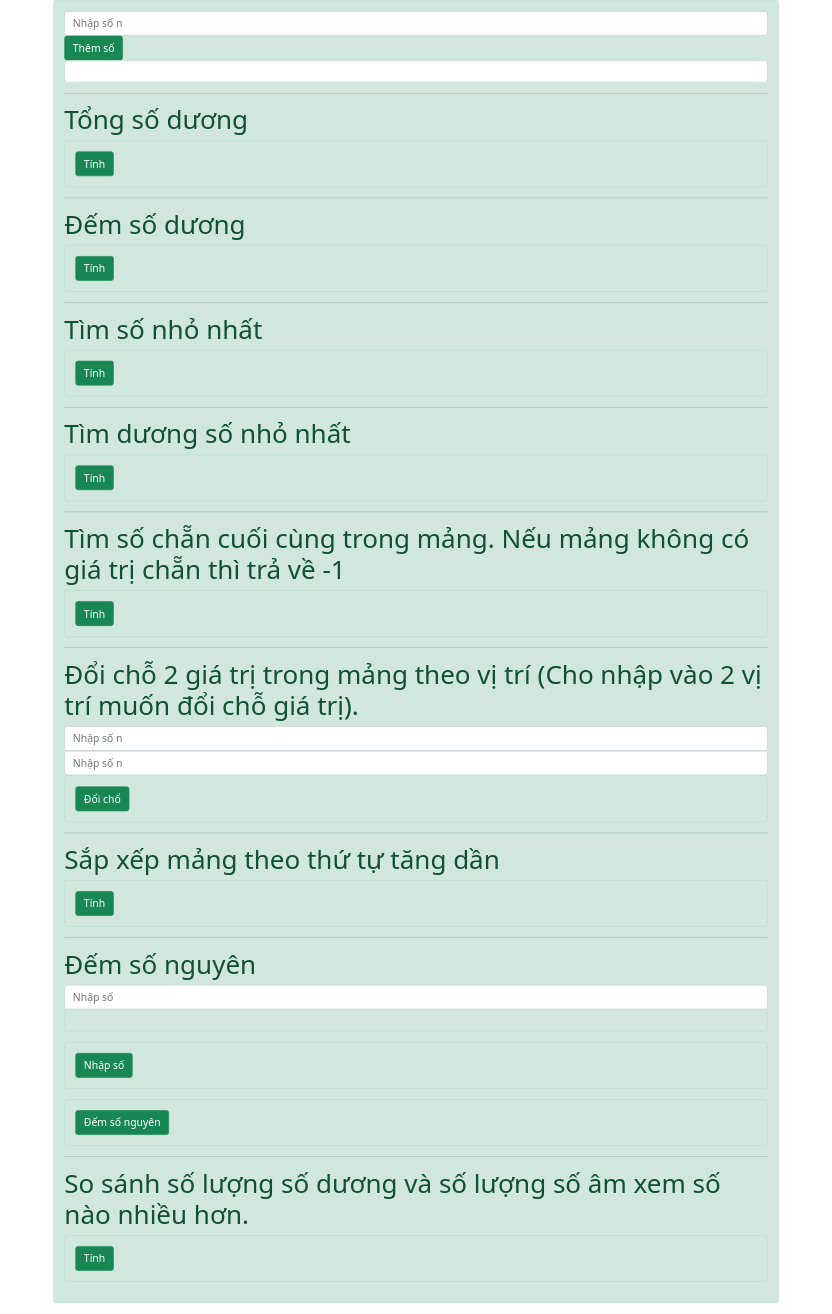
Repository: qkhanh1104k/Js-buoi7-8
Page: index.html
The author's editor kept a copy of each file at every save. The page is drawn from the files as they stood at one save, then again after the next save.
The browser window is 1280 px wide. The pictures show the whole page, at 65% of full size.

Above is the page before, as saved 2022-07-27 00:08:21.

### index.html
<!DOCTYPE html>
<html lang="en">
  <head>
    <meta charset="UTF-8" />
    <meta http-equiv="X-UA-Compatible" content="IE=edge" />
    <meta name="viewport" content="width=device-width, initial-scale=1.0" />
    <title>Document</title>
    <link
      href="https://cdn.jsdelivr.net/npm/bootstrap@5.1.3/dist/css/bootstrap.min.css"
      rel="stylesheet"
      integrity="sha384-1BmE4kWBq78iYhFldvKuhfTAU6auU8tT94WrHftjDbrCEXSU1oBoqyl2QvZ6jIW3"
      crossorigin="anonymous"
    />
  </head>
  <body>
    <div class="container">
      <div>
        <div class="alert alert-success">
          <input
            type="text"
            placeholder="Nhập số n"
            id="txtNum"
            class="form-control"
          />
          <button class="btn btn-success" onclick="addNum()">Thêm số</button>
          <div
            class="alert alert-success"
            id="resultBt1"
            style="background-color: #fff"
          ></div>
          <hr />
          <h1>Tổng số dương</h1>
          <div>
            <div class="alert alert-success" id="resBt2">
              <button class="btn btn-success" onclick="calcSumNegative()">
                Tính
              </button>
            </div>
          </div>
          <hr />
          <h1>Đếm số dương</h1>
          <div>
            <div class="alert alert-success" id="resBt3">
              <button class="btn btn-success" onclick="calcCountNegative()">
                Tính
              </button>
            </div>
          </div>
          <hr />
          <h1>Tìm số nhỏ nhất</h1>
          <div>
            <div class="alert alert-success" id="resBt4">
              <button class="btn btn-success" onclick="calcTheSmallest()">
                Tính
              </button>
            </div>
          </div>
          <hr />
          <h1>Tìm dương số nhỏ nhất</h1>
          <div>
            <div class="alert alert-success" id="resBt5">
              <button class="btn btn-success" onclick="calcTheSmallestNev()">
                Tính
              </button>
            </div>
          </div>
          <hr />
          <h1>
            Tìm số chẵn cuối cùng trong mảng. Nếu mảng không có giá trị chẵn thì
            trả về -1
          </h1>
          <div>
            <div class="alert alert-success" id="resBt6">
              <button class="btn btn-success" onclick="findLastEven()">
                Tính
              </button>
            </div>
          </div>
          <hr />
          <h1>
            Đổi chỗ 2 giá trị trong mảng theo vị trí (Cho nhập vào 2 vị trí muốn
            đổi chỗ giá trị).
          </h1>
          <div>
            <input
              type="text"
              placeholder="Nhập số n"
              id="txtNumBt6"
              class="form-control"
            />
            <input
              type="text"
              placeholder="Nhập số n"
              id="txtNumBt62"
              class="form-control"
            />
            <div class="alert alert-success" id="resBt7">
              <button class="btn btn-success" onclick="swappedNum()">
                Đổi chổ
              </button>
            </div>
          </div>
          <hr>
          <h1>Sắp xếp mảng theo thứ tự tăng dần</h1>
          <div>
            <div class="alert alert-success" id="resBt8">
              <button class="btn btn-success" onclick="rangeMoveUp()">Tính</button>
            </div>
          </div>
          <hr>
          <h1>
          Đếm số nguyên
          </h1>
          <div>
            <input
              type="text"
              placeholder="Nhập số "
              id="txtNumBt9"
              class="form-control"
            />
            <div class="alert alert-success" id="resBt10"></div>
            <div class="alert alert-success">

              <button class="btn btn-success" onclick="pushNum()">
                Nhập số
              </button>
              <div style="background-color:#fff ;"></div>
            </div>
            <div class="alert alert-success" id="resBt101">
              <button class="btn btn-success" onclick="countInt()">
                Đếm số nguyên
              </button>
              <div style="background-color:#fff ;"></div>
            </div>
          </div>
          <hr>
          <h1> So sánh số lượng số dương và số lượng số âm xem số nào nhiều hơn.</h1>
          <div>
            <div class="alert alert-success" id="resBt11">
              <button class="btn btn-success" onclick="comparisonsNum()">Tính</button>
            </div>
          </div>
        </div>
      </div>
    </div>
    <script src="./index.js"></script>
  </body>
</html>

### index.js
var txtNum = [];
function addNum() {
  var inputNum = document.getElementById("txtNum").value * 1;
  txtNum.push(inputNum);
  document.getElementById("resultBt1").innerHTML = txtNum;
}
// ex1:tính tổng số dương
function calcSumNegative() {
  var sum = 0;
  for (var i = 0; i < txtNum.length; i++) {
    if (txtNum[i] > 0) {
      sum += txtNum[i];
    }
  }
  document.getElementById("resBt2").innerHTML = sum;
}
// ex2:đếm só dương
function calcCountNegative() {
  var sum = 0;
  for (var i = 0; i < txtNum.length; i++) {
    if (txtNum[i] > 0) {
      sum++;
    }
  }
  document.getElementById("resBt3").innerHTML = sum;
}
// ex3:tìm số nhỏ nhất
function calcTheSmallest() {
  var min = txtNum[0];
  for (var i = 1; i < txtNum.length; i++) {
    if (min > txtNum[i]) {
      min = txtNum[i];
    }
  }
  document.getElementById("resBt4").innerHTML = min;
}
// ex 4:tìm số dương nhỏ nhất
function calcTheSmallestNev() {
  var min = txtNum[0];
  for (var i = 1; i < txtNum.length; i++) {
    if (min > txtNum[i] && txtNum[i] > 0) {
      min = txtNum[i];
    }
  }
  document.getElementById("resBt5").innerHTML = min;
}

// ex5:Tìm số chẵn cuối cùng trong mảng. Nếu mảng không có giá trị chẵn thì trả về -1.
function checkEven(n) {
  var flag = 1;
  if (n % 2 == 0) {
    flag = 0;
  }
  return flag;
}
function findLastEven() {
  var num1;
  for (var i = txtNum.length - 1; i >= 0; i--) {
    //i= 5
    if (checkEven(txtNum[i]) == 1) {
      num1 = txtNum[i];
      return num1;
    } else {
      return -1;
    }
  }
  document.getElementById("resBt6").innerHTML = num1;
}

// ex6:Đổi chỗ 2 giá trị trong mảng theo vị trí (Cho nhập vào 2 vị trí muốn đổi chỗ giá trị).
function swappedNum() {
  var k = +document.getElementById("txtNumBt6").value;
  var g = +document.getElementById("txtNumBt62").value;
  var num1 = txtNum[k];
  txtNum[k] = txtNum[g];
  txtNum[g] = num1;
  document.getElementById("resBt7").innerHTML = txtNum;
}
// ex7:Sắp xếp mảng theo thứ tự tăng dần.

function rangeMoveUp() {
  for (var k = txtNum.length - 1; k >= 0; k--) {
    var isSwapped = false;
    for (var i = 0; i < k; i++) {
      if (txtNum[i] > txtNum[i + 1]) {
        var temp = txtNum[i];
        txtNum[i] = txtNum[i + 1];
        txtNum[i + 1] = temp;
        isSwapped = true;
      }
    }
    if (isSwapped === false) {
      document.getElementById("resBt8").innerHTML = txtNum;
      return;
    }
  }
  document.getElementById("resBt8").innerHTML = txtNum;
}
// ex8;Tìm số nguyên tố đầu tiên trong mảng. Nếu mảng không có số nguyên tố thì trả về – 1.
function findFirst(){
}
// ex9:Nhập thêm 1 mảng số thực, tìm xem trong mảng có bao nhiêu số nguyên?
var arrInt = [];
function pushNum(){
    var inputNum = document.getElementById("txtNumBt9").value * 1;
    arrInt.push(inputNum);
    document.getElementById("resBt10").innerHTML = arrInt;
}
function countInt (){
    var sum =0;
    for(var i =0; i <arrInt.length; i++){
      if(Number.isInteger(arrInt[i]) === true){
        sum++
      }
    }
    document.getElementById("resBt101").innerHTML = sum;
}
// ex10: So sánh số lượng số dương và số lượng số âm xem số nào nhiều hơn.
function comparisonsNum() {
  var sumNeg = 0;
  var sumPos = 0;
  for (var i = 0; i < txtNum.length; i++) {
    if (txtNum[i] > 0) {
      sumPos++;
    } else {
      sumNeg++;
    }
  }
  if (sumNeg === sumPos) {
    document.getElementById("resBt11").innerHTML = "Số âm = số dương ";
  } else if (sumNeg > sumPos) {
    document.getElementById("resBt11").innerHTML = "Số âm > số dương ";
  } else {
    document.getElementById("resBt11").innerHTML = "Số âm < số dương ";
  }
}

After the next save:
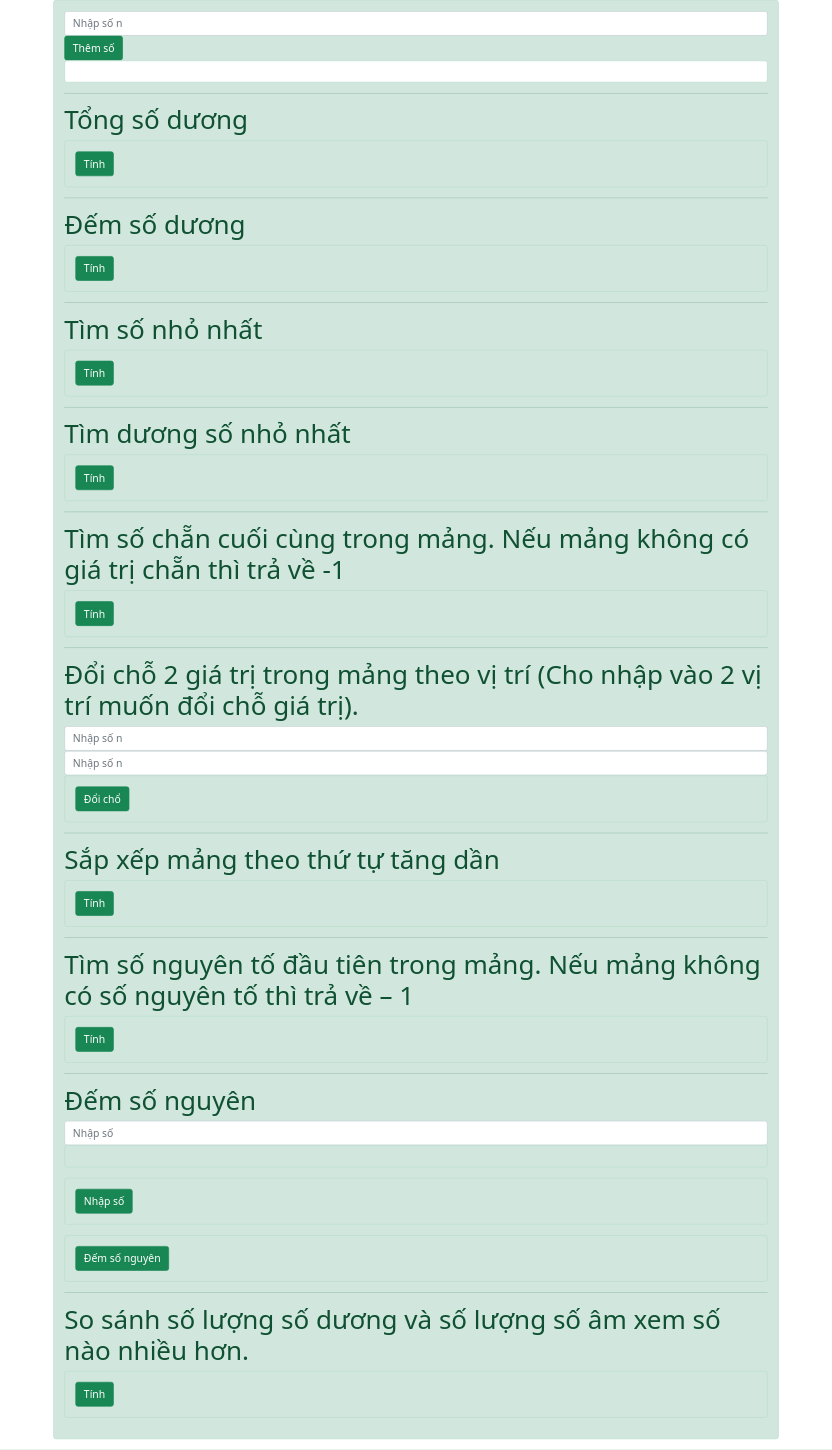
Saved 1 s later.
--- a/index.html
+++ b/index.html
@@ -107,6 +107,19 @@
               <button class="btn btn-success" onclick="rangeMoveUp()">Tính</button>
             </div>
           </div>
+          <!-- bt8 -->
+          <hr />
+          <h1>
+            Tìm số nguyên tố đầu tiên trong mảng. Nếu mảng không có số nguyên tố thì trả về – 1
+          </h1>
+          <div>
+            <div class="alert alert-success" id="resBt9">
+              <button class="btn btn-success" onclick="findLastEven()">
+                Tính
+              </button>
+            </div>
+          </div>
+          <!-- bt9 -->
           <hr>
           <h1>
           Đếm số nguyên
